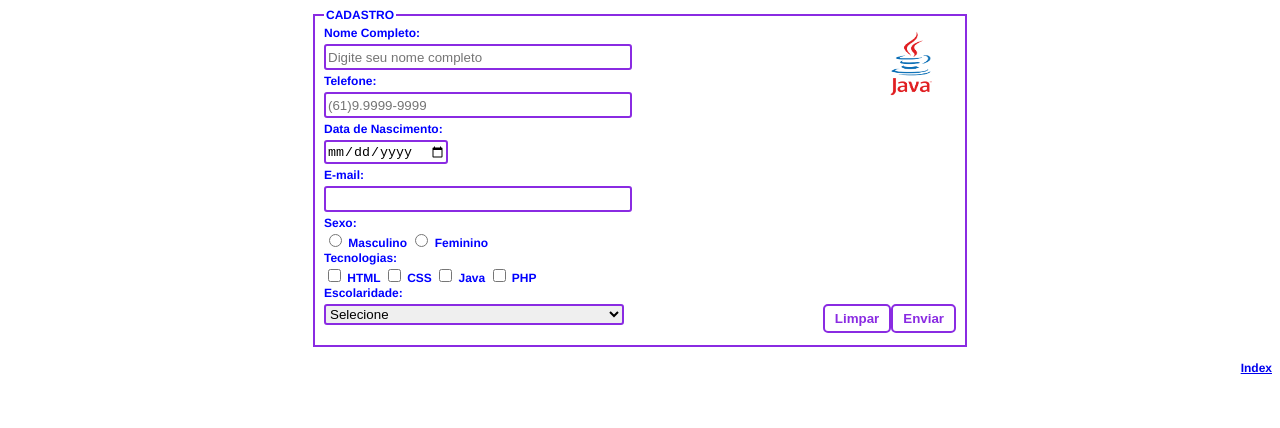
Repository: weristec/form-web
Page: http://localhost/form-cadas-pessoa/form-cadastro.jsp
These files come from the project's save history. The page is drawn as it stood at one moment and after the next save; the edit follows.
The browser window is 1280 px wide. The pictures show the whole page.
The page is served by Tomcat 9. Nobody is signed in. The application's start-up code is not run.

Above is the page before, as saved 2021-08-19 00:54:52.
Console error: TypeError: Cannot read properties of null (reading 'setAttribute')

After the next save:
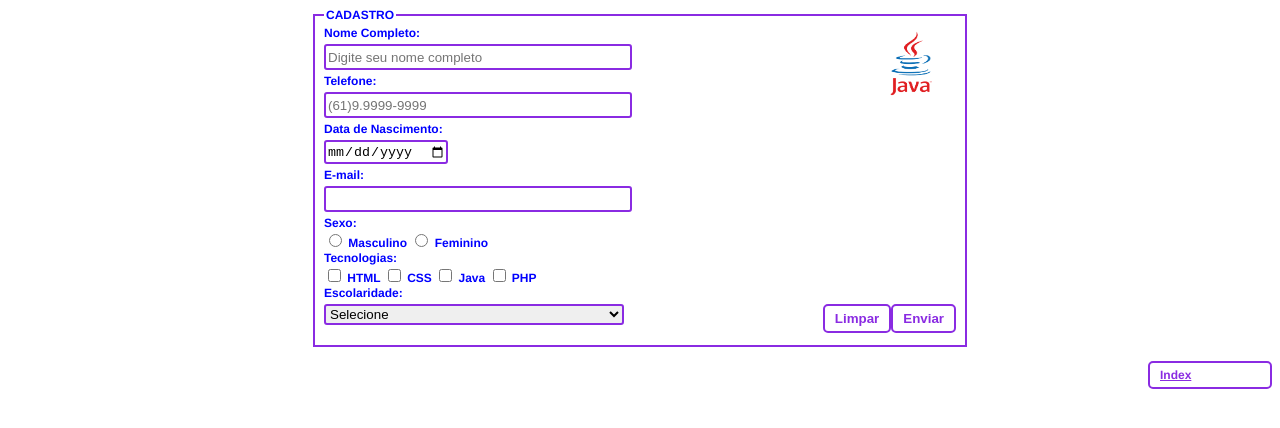
Saved 40 s later.
--- a/form-cadas-pessoa/src/main/webapp/form-cadastro.jsp
+++ b/form-cadas-pessoa/src/main/webapp/form-cadastro.jsp
@@ -93,6 +93,6 @@
 
 	</script>
 	<br>
-	<a href="index.jsp" style="float: right;">Index</a>
+	<a href="index.jsp" class="bt3" style="float: right;">Index</a>
 </body>
 </html>
